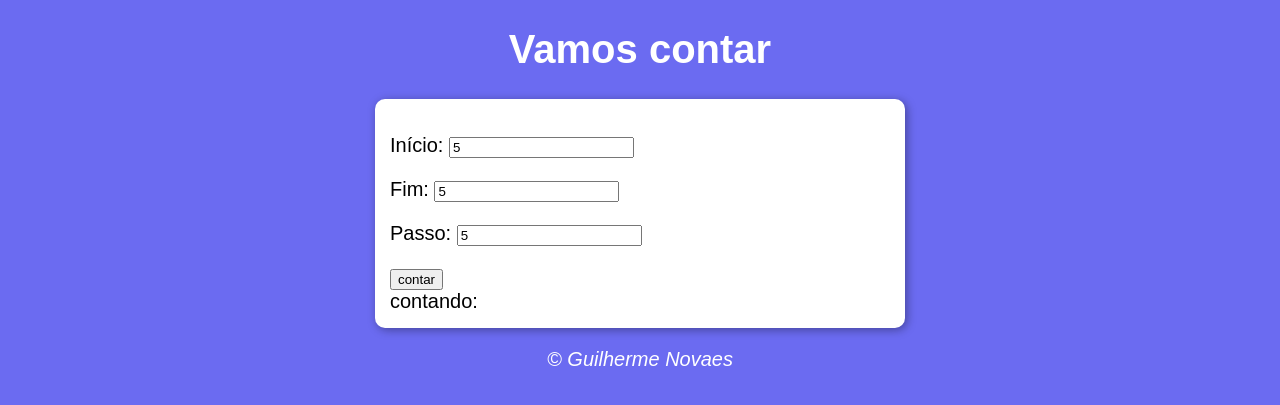
Repository: Guilherme-RNovaes/JavaScript-Curso
Page: Aula 14ex/ex016/index.html
An editor plug-in stored every save of this project. The page is shown before and after a run of saves, followed by the edit.
The browser window is 1280 px wide. The pictures show the whole page.
Empty fields were first filled with sample values (such as "Sample", 5 or name@example.com).
After loading, the first visible `#dados > input` was clicked once.

Above is the page before, as saved 2022-09-07 11:19:25.

After the next 5 saves:
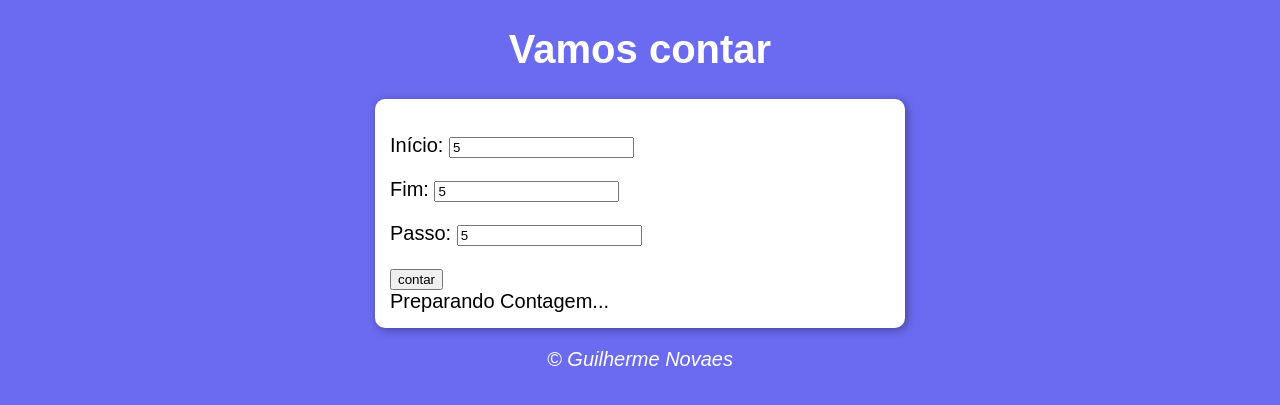
Console error: SyntaxError: Unexpected token '}'
The 5 saves are shown as one change because they came seconds apart.
The last was saved 16 s later.
--- a/Aula 14ex/ex016/script.js
+++ b/Aula 14ex/ex016/script.js
@@ -8,6 +8,7 @@
         window.alert('[ERRO] Faltam dados')
     } else {
         res.innerHTML = 'contando: '
-
+        let i = Number(ini.value)
+        let f =
     }
 }

After the save that followed:
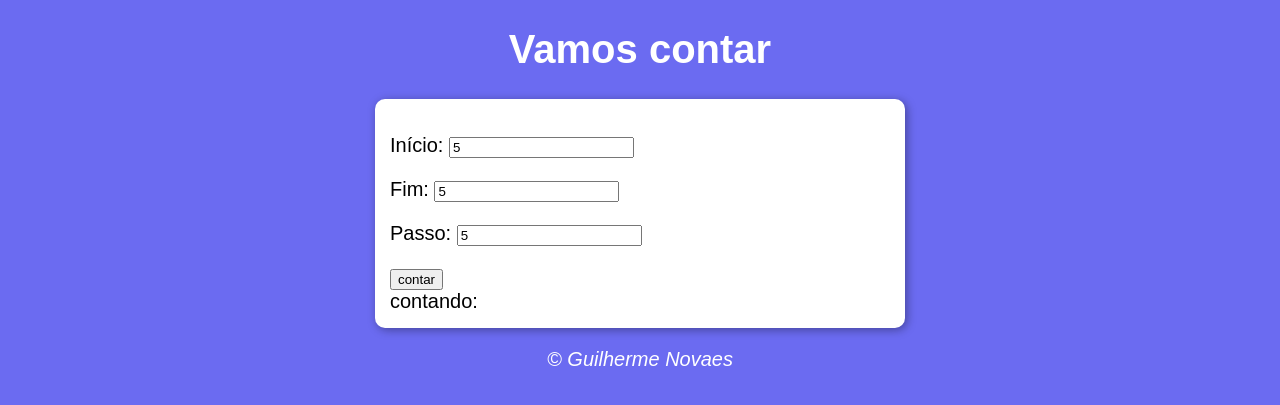
The error is gone.
Saved 7 s later.
--- a/Aula 14ex/ex016/script.js
+++ b/Aula 14ex/ex016/script.js
@@ -9,6 +9,6 @@
     } else {
         res.innerHTML = 'contando: '
         let i = Number(ini.value)
-        let f =
+        let f = Number(fim.value)
     }
 }
